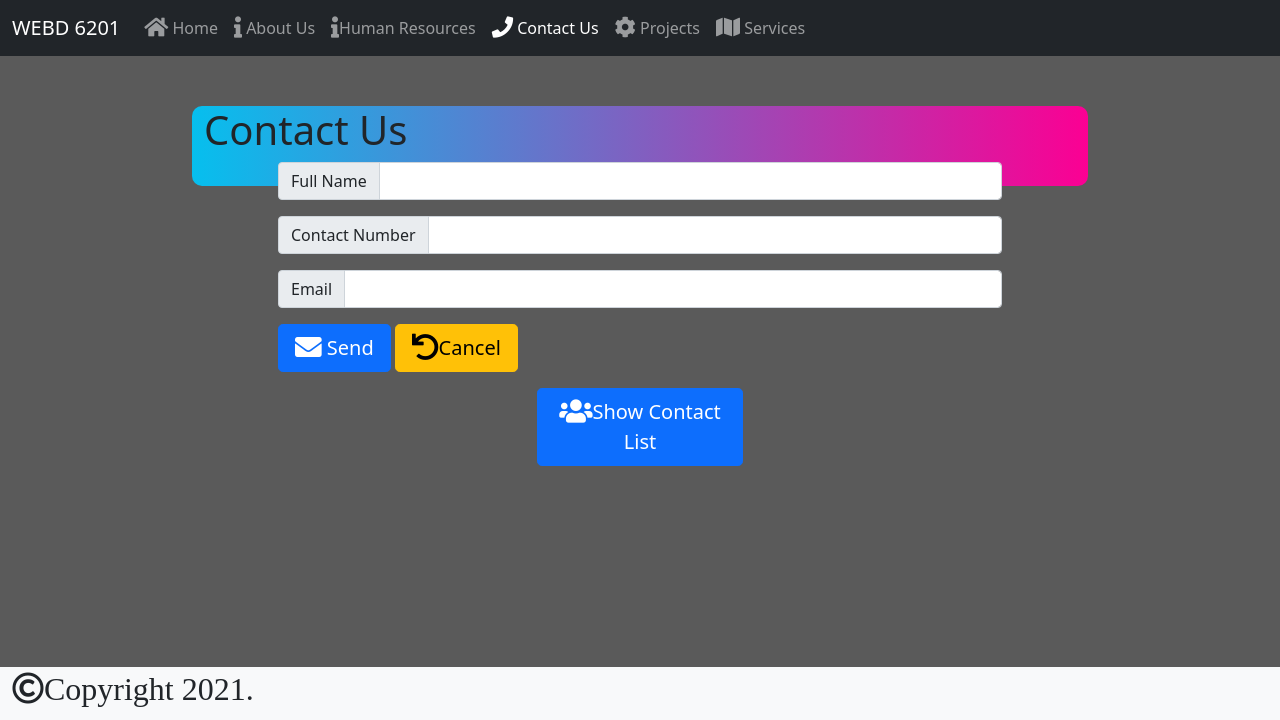
Repository: vans12345678/WEBD6201-W2021-Week3
Page: contact.html
These files come from the project's save history. The page is drawn as it stood at one moment and after the next save; the edit follows.
The browser window is 1280 px wide. The pictures show the whole page.

Above is the page before, as saved 2021-01-28 20:08:06.

After the next save:
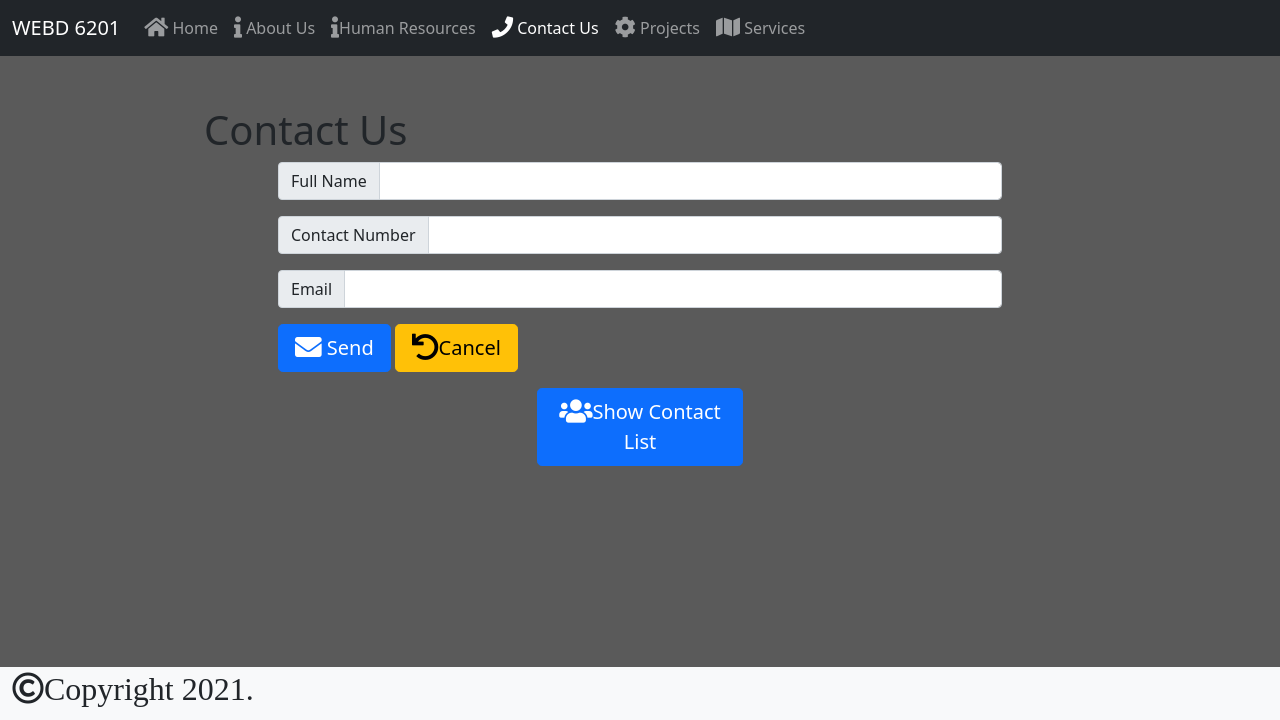
Saved 4 s later.
--- a/Content/app.css
+++ b/Content/app.css
@@ -13,7 +13,7 @@
 
     border-radius: 10px;
     width: 70%;
-    height: 80px;
+    height: 0px;
     margin: 50px auto;
     background: linear-gradient(90deg,#06bfee,#fb0093)
   }

After the save that followed:
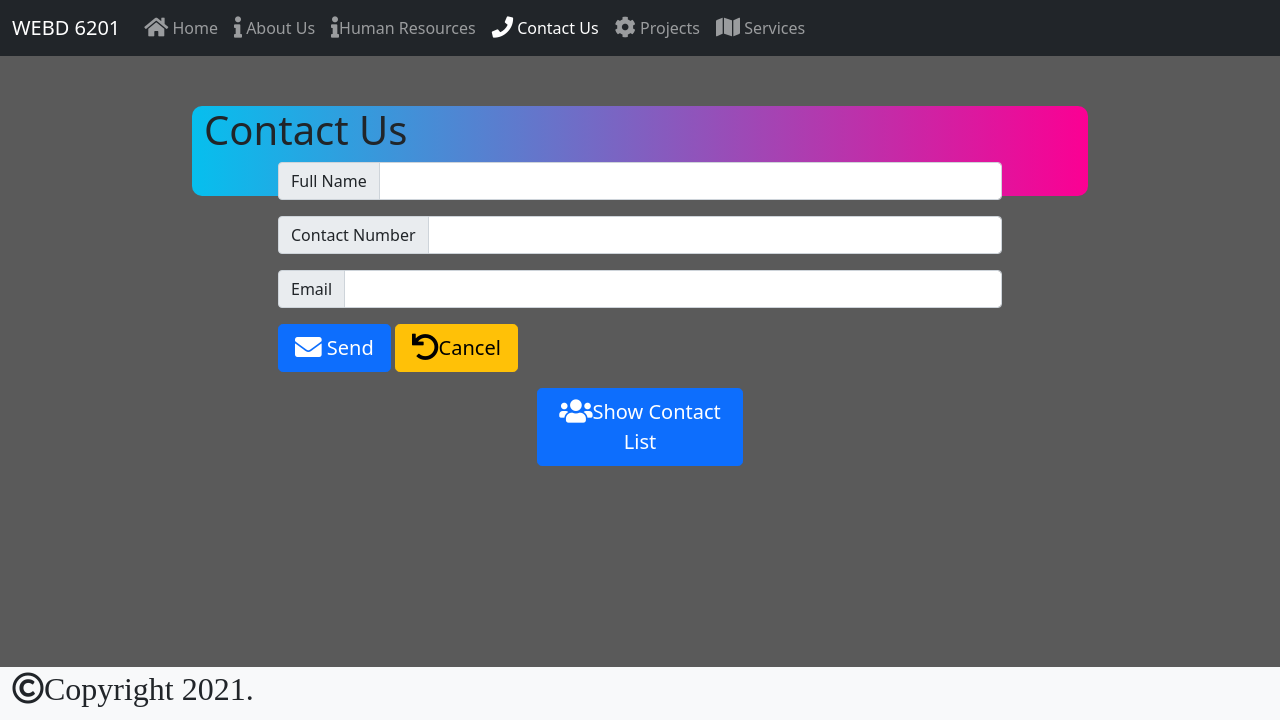
Saved 4 s later.
--- a/Content/app.css
+++ b/Content/app.css
@@ -13,7 +13,7 @@
 
     border-radius: 10px;
     width: 70%;
-    height: 0px;
+    height: 90px;
     margin: 50px auto;
     background: linear-gradient(90deg,#06bfee,#fb0093)
   }
